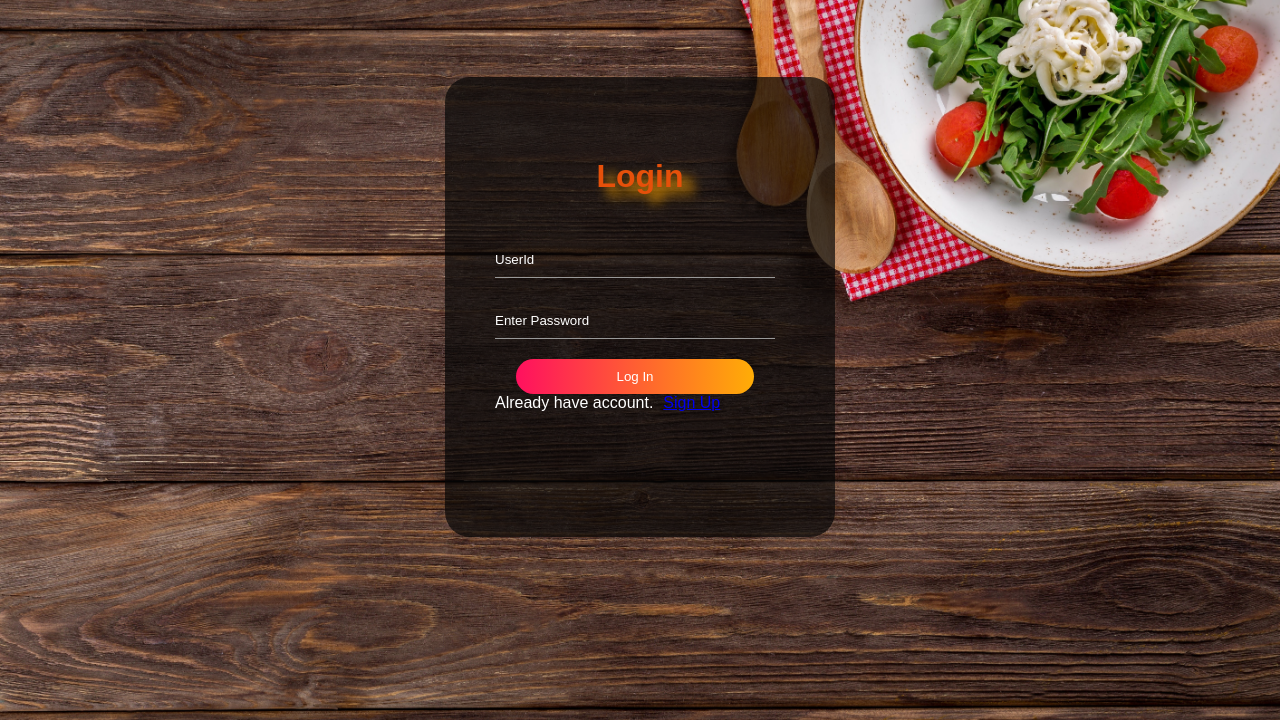
Repository: SWATHIBHUMA/FoodDelivaryApp
Page: http://localhost/FoodDelivaryApp/login.jsp
The author's editor kept a copy of each file at every save. The page is drawn from the files as they stood at one save, then again after the next save.
The browser window is 1280 px wide. The pictures show the whole page.
The page is served by Tomcat 9. Other server files are loaded and not shown.

Above is the page before, as saved 2024-01-16 13:18:09.

### FoodDelivaryApp/src/main/webapp/login.jsp
<%@ page language="java" contentType="text/html; charset=UTF-8"
	pageEncoding="UTF-8"%>
<!DOCTYPE html>
<html>
<head>
<meta charset="UTF-8">
<title>Login</title>
<link rel="stylesheet" href="CSS/loginstyle.css">
</head>
<body>
	<div class="container">
		<div class="form">
			<h1>Login</h1>
			<form class="input-group" id="input-form" action="UserServlet" method="post">
				<input type="hidden" name="action" value="login">
				<input type="text" class="input-field" placeholder="UserId" name = "username" required>
				<input type="password" class="input-field" placeholder="Enter Password" name="password" required>
				<button type="submit" class="submit-btn">Log In</button>
				<div class="display">
					<p>Already have account.</p>
					<a href="signUp.jsp" value="Sign Up">Sign Up</a>
				</div>
			</form>
		</div>
	</div>
</body>
</html>

### FoodDelivaryApp/src/main/webapp/CSS/loginstyle.css
@charset "UTF-8";
*{
    margin: 0;
    padding: 0;
    font-family: sans-serif;
}
.container{
    height: 100%;
    width: 100%;
    background-image: url("../images/pexels-pixabay-326279.jpg");
    background-position: center;
    background-size: cover;
    position: absolute;
    text-align: center;
    backdrop-filter: blur(10px);
    color: white;
}
h1{
    margin-top: 20%;
    filter: drop-shadow(10px 8px 6px orange);
    color: rgb(230, 80, 10);
}
.form{
    width: 380px;
    height: 450px;
    position: relative;
    margin: 6% auto;
    padding: 5px;
    background: rgba(7, 7, 7, 0.7);
    border-radius: 25px;
    color: white;
}
.input-group{
    top: 160px;
    position: absolute;
    width: 280px;
    transition: .5s;
}
#input-form{
    left: 50px;
}
.input-field{
    width: 100%;
    padding: 10px 0;
    margin: 5px 0;
    border-left: 0;
    border-top: 0;
    border-right: 0;
    border-bottom: 1px solid #999;
    outline: none;
    background: transparent;
    margin-bottom: 20px;
    color: white;
}
.input-field::placeholder {
    color: white;
}
.input-field.placeholder-hidden::placeholder {
    visibility: hidden;
}

.input{
	float: left;
}

.submit-btn{
    width: 85%;
    padding: 10px 30px;
    cursor: pointer;
    display: block;
    margin: auto;
    background: linear-gradient(to right, #ff105f,#ffad06);
    border: 0;
    outline: none;
    border-radius: 30px;
    color: white;
}
button{
    margin-top: 40px;
}

.display{
	display:flex;
	flex-direction: row;
	gap: 10px;
	margin: 0;
	padding: 0;
}

After the next save:
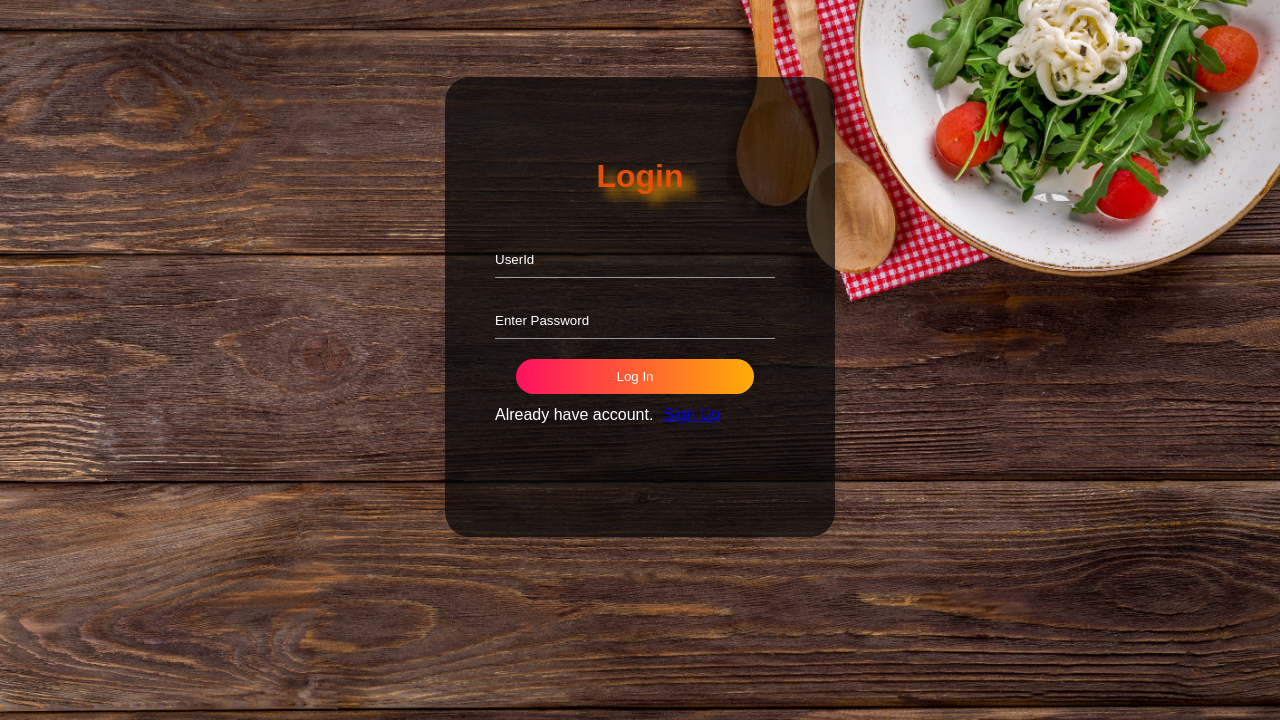
Saved 17 s later.
--- a/FoodDelivaryApp/src/main/webapp/CSS/loginstyle.css
+++ b/FoodDelivaryApp/src/main/webapp/CSS/loginstyle.css
@@ -83,6 +83,6 @@ button{
 	display:flex;
 	flex-direction: row;
 	gap: 10px;
-	margin: 0;
+	margin-top: 12px;
 	padding: 0;
 }
